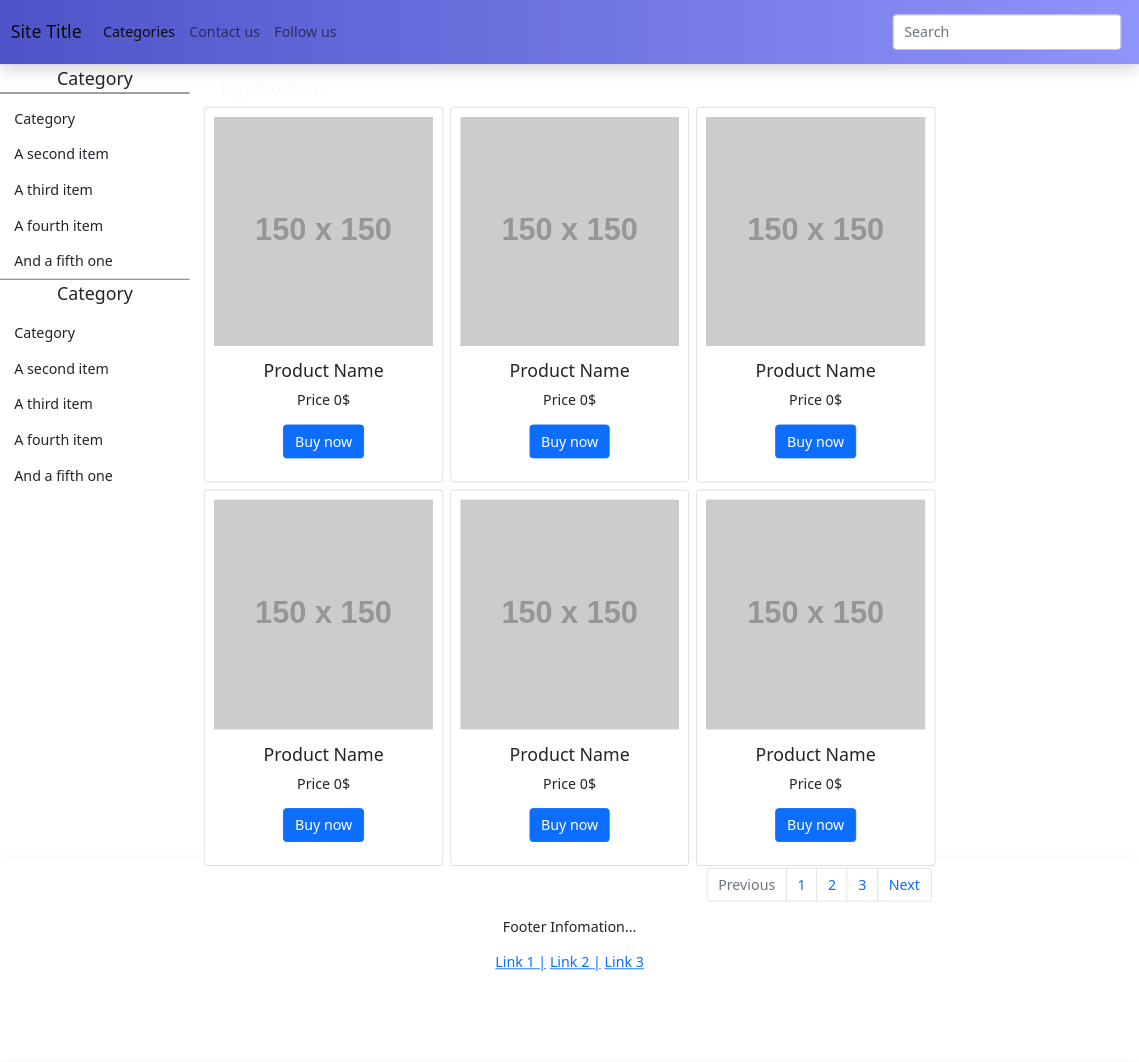
Repository: ttranhhoang/layoutBS
Page: layoutBS1/index.html
An editor plug-in stored every save of this project. The page is shown before and after a run of saves, followed by the edit.
The browser window is 1280 px wide. The pictures show the whole page, at 89% of full size.

Above is the page before, as saved 2022-04-24 22:46:22.

### layoutBS1/index.html
<!DOCTYPE html>
<html lang="en">
  <head>
    <meta charset="UTF-8" />
    <meta http-equiv="X-UA-Compatible" content="IE=edge" />
    <meta name="viewport" content="width=device-width, initial-scale=1.0" />
    <title>Layout BS</title>
    <link
      href="https://cdn.jsdelivr.net/npm/bootstrap@5.1.3/dist/css/bootstrap.min.css"
      rel="stylesheet"
      integrity="sha384-1BmE4kWBq78iYhFldvKuhfTAU6auU8tT94WrHftjDbrCEXSU1oBoqyl2QvZ6jIW3"
      crossorigin="anonymous"
    />
    <link rel="stylesheet" href="index.css" />
  </head>
  <body>
    <header class="header">
      <nav class="navbar navbar-expand-lg fixed-top shadow navbar-light">
        <div class="container-fluid">
          <a class="navbar-brand" href="#">Site Title</a>
          <button
            class="navbar-toggler"
            type="button"
            data-bs-toggle="offcanvas"
            data-bs-target="#navbarOffcanvasLg"
            aria-controls="navbarOffcanvasLg"
            aria-expanded="false"
            aria-label="Toggle navigation"
          >
            <span class="navbar-toggler-icon"></span>
          </button>

          <div
            class="offcanvas offcanvas-end"
            tabindex="-1"
            id="navbarOffcanvasLg"
            aria-labelledby="navbarOffcanvasLgLabel"
          >
            <div class="offcanvas-header">
              <h5 class="offcanvas-title" id="offcanvasNavbarLabel">
                Offcanvas
              </h5>
              <button
                type="button"
                class="btn-close text-reset"
                data-bs-dismiss="offcanvas"
                aria-label="Close"
              ></button>
            </div>
            <div class="offcanvas-body">
              <ul class="navbar-nav justify-content-start flex-grow-1 pe-3">
                <li class="nav-item">
                  <a class="nav-link active" aria-current="page" href="#"
                    >Categories</a
                  >
                </li>
                <li class="nav-item">
                  <a class="nav-link" href="#">Contact us</a>
                </li>
                <li class="nav-item">
                  <a class="nav-link" href="#">Follow us</a>
                </li>
              </ul>
              <form class="d-flex">
                <input
                  class="form-control me-2"
                  type="search"
                  placeholder="Search"
                  aria-label="Search"
                />
              </form>
            </div>
          </div>
        </div>
      </nav>
    </header>

    <div class="h-100">
      <div class="row h-100 g-0">
        <div class="col-md-2 text-center">
          <h5 class="text-center text p-1 border-bottom border-1 border-dark">Category</h5>
          <ul class="list-group list-group-flush text-start border-bottom border-dark">
            <li class="list-group-item border-0">Category</li>
            <li class="list-group-item border-0">A second item</li>
            <li class="list-group-item border-0">A third item</li>
            <li class="list-group-item border-0">A fourth item</li>
            <li class="list-group-item border-0">And a fifth one</li>
          </ul>

          <h5 class="text-center text p-1">Category</h5>
          <ul class="list-group list-group-flush text-start">
            <li class="list-group-item border-0">Category</li>
            <li class="list-group-item border-0">A second item</li>
            <li class="list-group-item border-0">A third item</li>
            <li class="list-group-item border-0">A fourth item</li>
            <li class="list-group-item border-0">And a fifth one</li>
          </ul>
        </div>
        <div class="col-md-8 p-3 text-center  position-relative">
          <h5 class="text-start text-light ps-3">Top Products</h5>
          <div class="row row-cols-1 row-cols-md-3 g-2 h-100">
            <div class="col">
              <div class="card h-100">
                <img
                  src="https://via.placeholder.com/150"
                  class="card-img-top h-75"
                  alt="..."
                />
                <div class="card-body">
                  <h5 class="card-title">Product Name</h5>
                  <p class="card-text">Price 0$</p>
                  <a href="#" class="btn btn-primary">Buy now</a>
                </div>
              </div>
            </div>

            <div class="col">
              <div class="card h-100">
                <img
                  src="https://via.placeholder.com/150"
                  class="card-img-top h-75"
                  alt="..."
                />
                <div class="card-body">
                  <h5 class="card-title">Product Name</h5>
                  <p class="card-text">Price 0$</p>
                  <a href="#" class="btn btn-primary">Buy now</a>
                </div>
              </div>
            </div>

            <div class="col">
              <div class="card h-100">
                <img
                  src="https://via.placeholder.com/150"
                  class="card-img-top h-75"
                  alt="..."
                />
                <div class="card-body">
                  <h5 class="card-title">Product Name</h5>
                  <p class="card-text">Price 0$</p>
                  <a href="#" class="btn btn-primary">Buy now</a>
                </div>
              </div>
            </div>

            <div class="col">
              <div class="card h-100">
                <img
                  src="https://via.placeholder.com/150"
                  class="card-img-top h-75"
                  alt="..."
                />
                <div class="card-body">
                  <h5 class="card-title">Product Name</h5>
                  <p class="card-text">Price 0$</p>
                  <a href="#" class="btn btn-primary">Buy now</a>
                </div>
              </div>
            </div>
            <div class="col">
              <div class="card h-100">
                <img
                  src="https://via.placeholder.com/150"
                  class="card-img-top h-75"
                  alt="..."
                />
                <div class="card-body">
                  <h5 class="card-title">Product Name</h5>
                  <p class="card-text">Price 0$</p>
                  <a href="#" class="btn btn-primary">Buy now</a>
                </div>
              </div>
            </div>
            <div class="col">
              <div class="card h-100">
                <img
                  src="https://via.placeholder.com/150"
                  class="card-img-top h-75"
                  alt="..."
                />
                <div class="card-body">
                  <h5 class="card-title">Product Name</h5>
                  <p class="card-text">Price 0$</p>
                  <a href="#" class="btn btn-primary">Buy now</a>
                </div>
              </div>
            </div>
            <div class="position-absolute bottom right">
              <nav aria-label="Page navigation example ">
                <ul class="pagination justify-content-end">
                  <li class="page-item disabled">
                    <a
                      class="page-link"
                      href="#"
                      tabindex="-1"
                      aria-disabled="true"
                      >Previous</a
                    >
                  </li>
                  <li class="page-item">
                    <a class="page-link" href="#">1</a>
                  </li>
                  <li class="page-item">
                    <a class="page-link" href="#">2</a>
                  </li>
                  <li class="page-item">
                    <a class="page-link" href="#">3</a>
                  </li>
                  <li class="page-item">
                    <a class="page-link" href="#">Next</a>
                  </li>
                </ul>
              </nav>
            </div>
          </div>
        </div>

        <div class="col-md-2 text-center "></div>
      </div>
    </div>

    <footer class="footer bg-white shadow align-self-end py-3 px-xl-5 w-100">
      <div class="container-fluid py-5">
        <div class="row h-0 d-flex flex-column">
          <p class="text-center text-capitalize">footer infomation...</p>
          <div class="text-mutted text-center">
            <a class="text-capitalize">Link 1 |</a>
            <a class="text-capitalize">Link 2 |</a>
            <a class="text-capitalize">Link 3</a>
          </div>
        </div>
      </div>
    </footer>

    <script
      src="https://cdn.jsdelivr.net/npm/bootstrap@5.1.3/dist/js/bootstrap.bundle.min.js"
      integrity="sha384-ka7Sk0Gln4gmtz2MlQnikT1wXgYsOg+OMhuP+IlRH9sENBO0LRn5q+8nbTov4+1p"
      crossorigin="anonymous"
    ></script>
  </body>
</html>

### layoutBS1/index.css
*,
*::after,
*::before {
  box-sizing: border-box;
}
/* custom */
button.navbar-toggler:focus {
  box-shadow: none;
}
button[type="button"],
button[type="submit"],
button[class^="btn"]:focus {
  box-shadow: none;
}
button[class*="btn-outline"]:active:focus {
  box-shadow: none;
}

/* styles ui */
body {
  padding-top: 72px;
}
.main {
  height: 100vh;
}
nav.navbar {
  background: #4e54c8; /* fallback for old browsers */
  background: -webkit-linear-gradient(
    to left,
    #8f94fb,
    #4e54c8
  ); /* Chrome 10-25, Safari 5.1-6 */
  background: linear-gradient(
    to left,
    #8f94fb,
    #4e54c8
  ); /* W3C, IE 10+/ Edge, Firefox 16+, Chrome 26+, Opera 12+, Safari 7+ */
}
.navbar {
  padding-top: 1rem;
  padding-bottom: 1rem;
}
.navbar-light .navbar-toggler {
  border: none;
}
div.row {
  height: 100px;
}
.row .col div.card {
  padding: 10px;
}
.bottom {
  bottom: -4em;
}
.right {
  right: 1em;
}

After the next 2 saves:
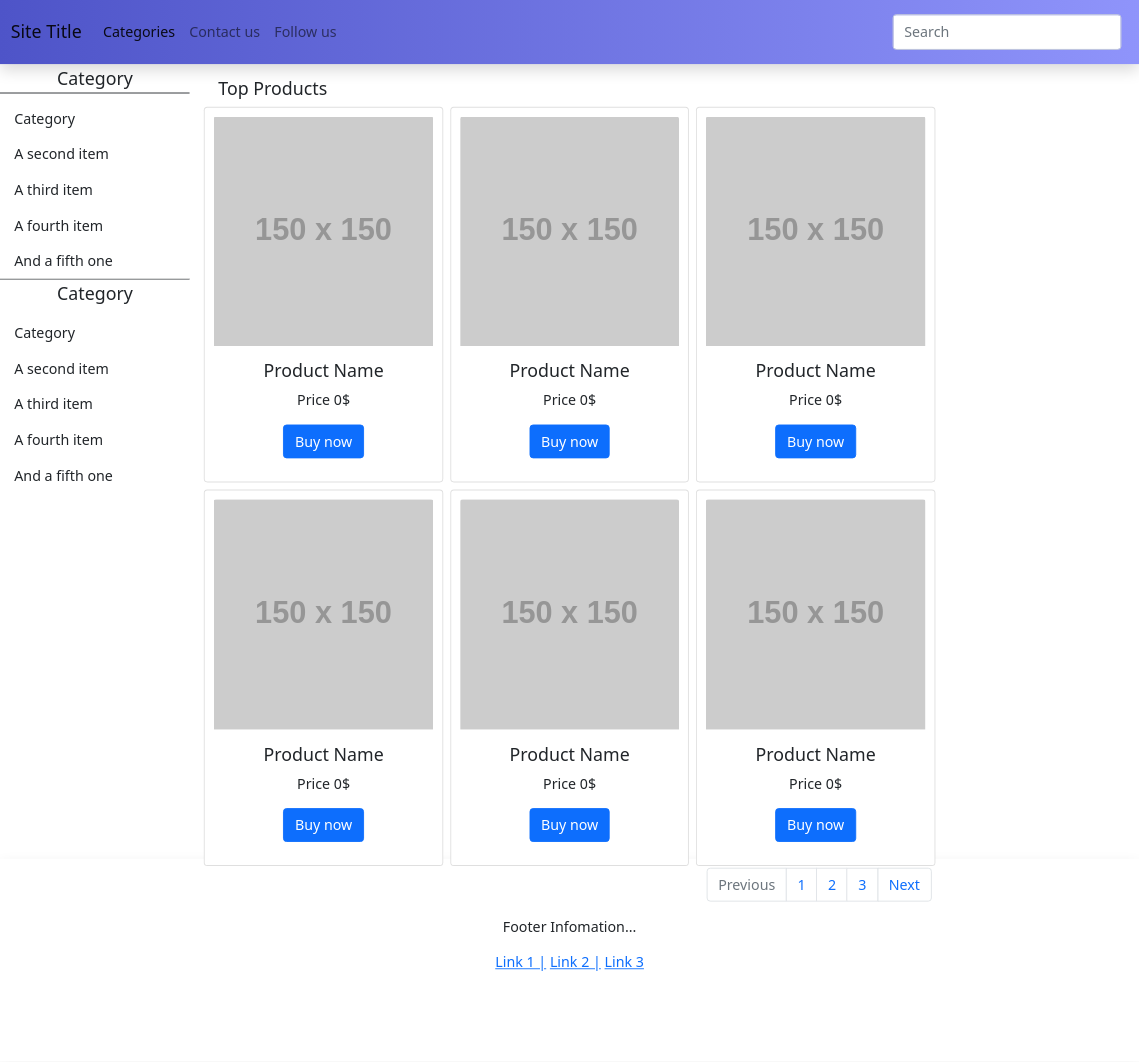
The 2 saves are shown as one change because they came seconds apart.
The last was saved 31 s later.
--- a/layoutBS1/index.html
+++ b/layoutBS1/index.html
@@ -97,7 +97,7 @@
           </ul>
         </div>
         <div class="col-md-8 p-3 text-center  position-relative">
-          <h5 class="text-start text-light ps-3">Top Products</h5>
+          <h5 class="text-start text-dark ps-3">Top Products</h5>
           <div class="row row-cols-1 row-cols-md-3 g-2 h-100">
             <div class="col">
               <div class="card h-100">
